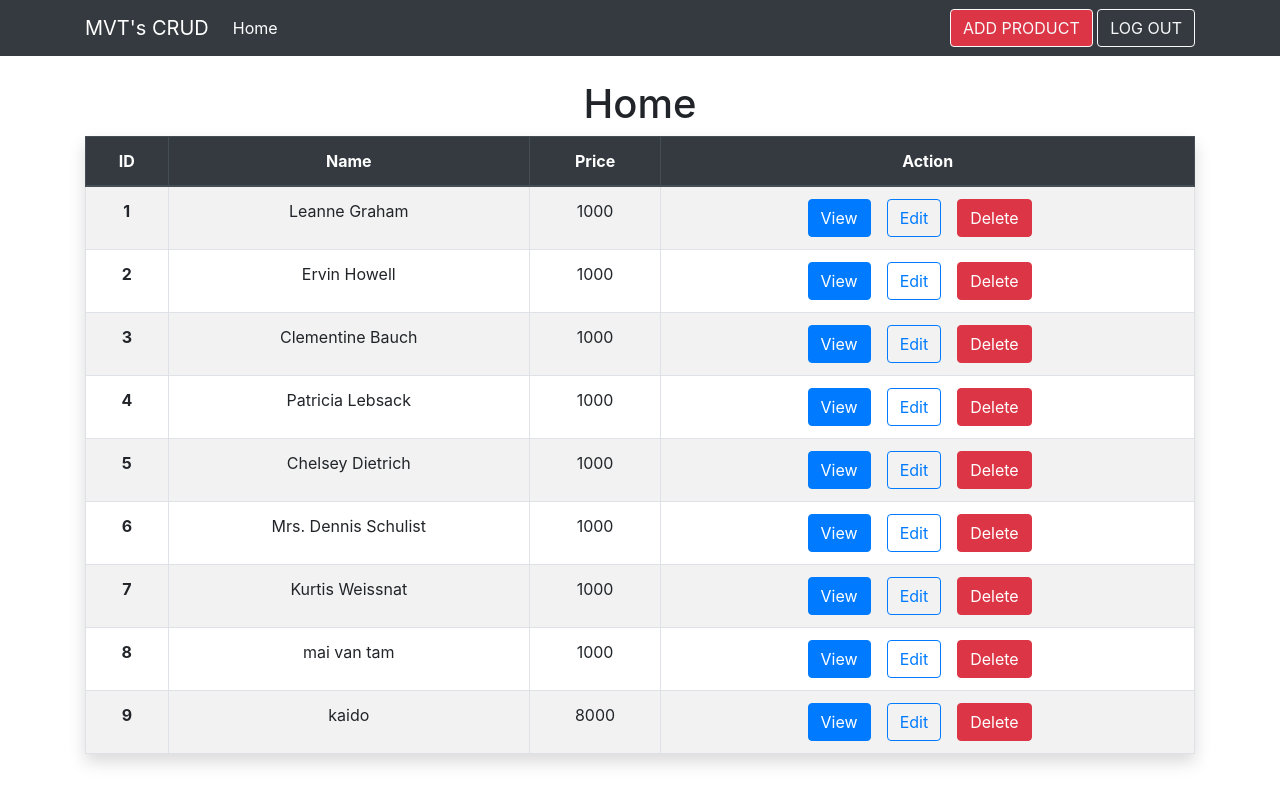
Repository: tammv/crud_product
Page: /
The author's editor kept a copy of each file at every save. The page is drawn from the files as they stood at one save, then again after the next save.
The browser window is 1280 px wide. The pictures show the whole page.
The project was rebuilt for these pictures with package versions that can differ from the ones it lists, and the page was loaded fresh each time. Requests to the local data server were answered from the project's data file. Also part of the build but not shown: src/index.css, src/components/pages/NotFound.js, src/components/products/UpdateProduct.js, src/components/products/Product.js, src/components/products/AddProduct.js.

Above is the page before, as saved 2023-07-10 00:27:20.

After the next save:
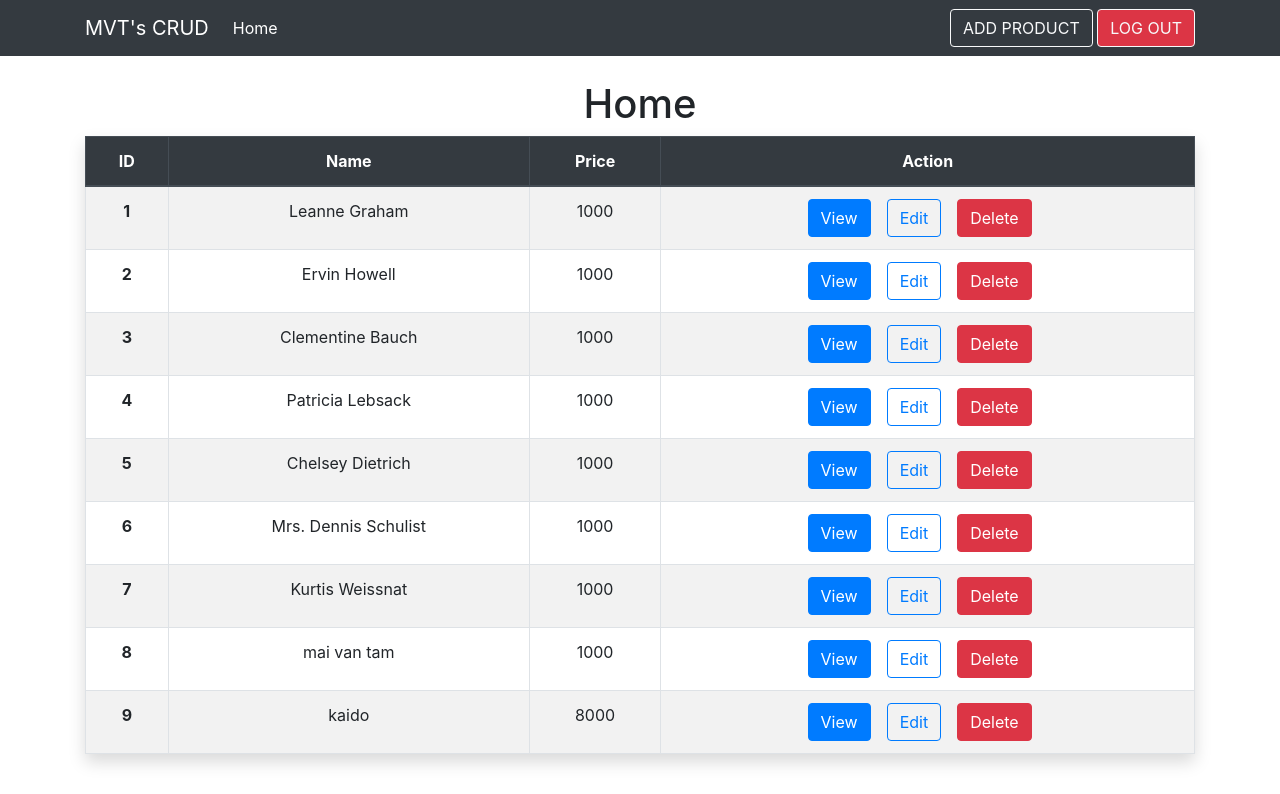
Saved 18 s later.
--- a/src/components/layout/Navbar.js
+++ b/src/components/layout/Navbar.js
@@ -28,11 +28,11 @@ const Navbar = () => {
             </li>
           </ul>
         </div>
-        <Link className="btn btn-outline-light btn-danger" to="/products/add">
+        <Link className="btn btn-outline-light " to="/products/add">
           ADD PRODUCT
         </Link>
         &nbsp;
-        <Link className="btn btn-outline-light" to="#">
+        <Link className="btn btn-outline-light btn-danger" to="#">
           LOG OUT
         </Link>
       </div>
